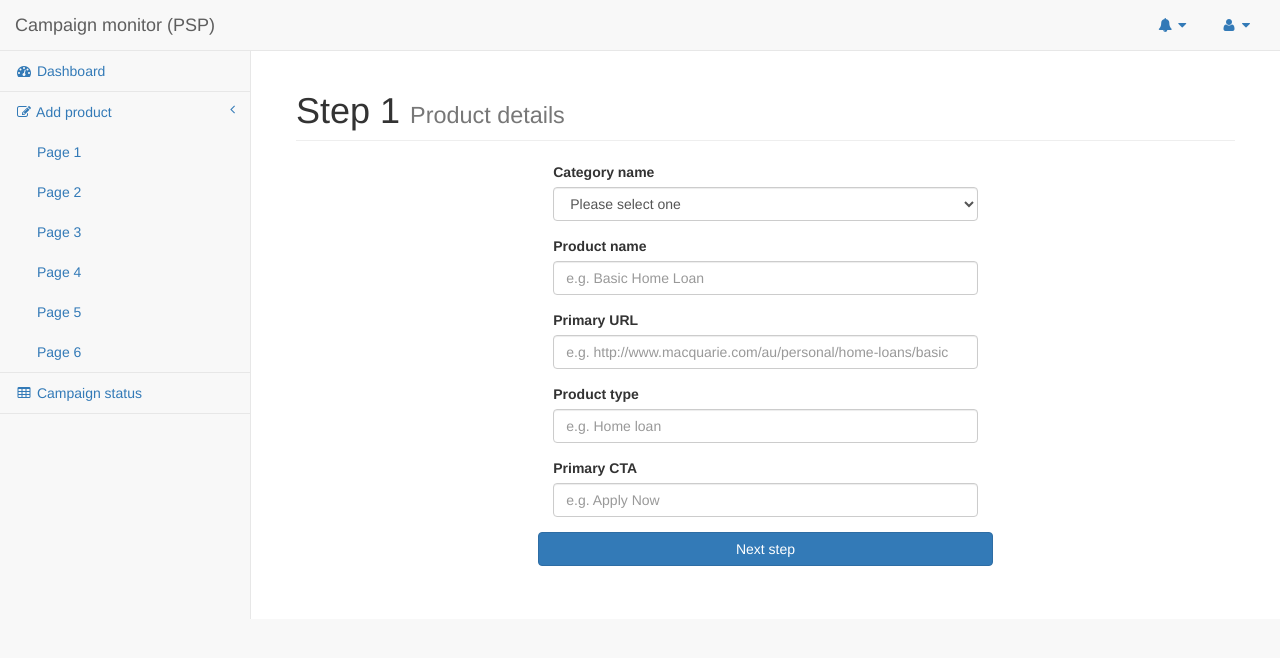
Repository: aneeshsingh/workspace
Page: http://localhost/analytics/add-product
These files come from the project's save history. The page is drawn as it stood at one moment and after the next save; the edit follows.
The browser window is 1280 px wide. The pictures show the whole page.
The page is served by Tomcat 9.

Above is the page before, as saved 2016-03-09 22:08:53.
Console error (its wording comes from the project's code and is left out).

After the next save:
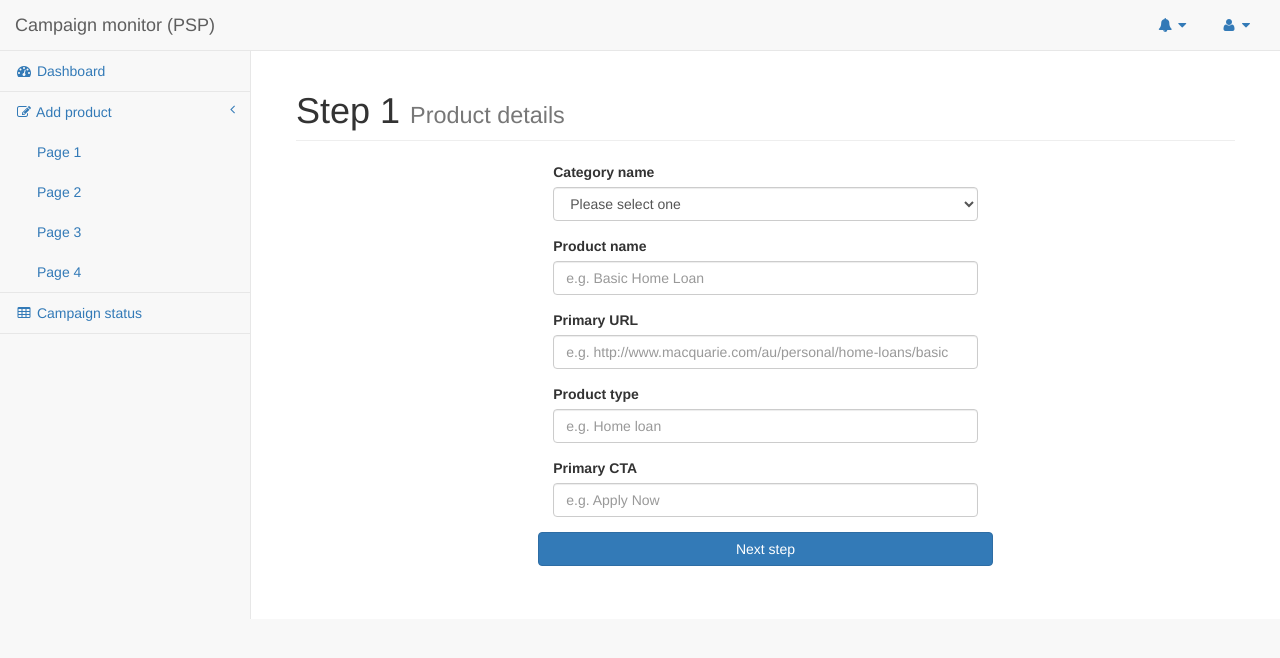
Saved 6 min 52 s later.
--- a/analytics/war/Add_Product_Page_1.jsp
+++ b/analytics/war/Add_Product_Page_1.jsp
@@ -101,8 +101,6 @@
 							<li> <a href="Add_Product_Page_2.jsp">Page 2</a> </li>
 							<li> <a href="Add_Product_Page_3.jsp">Page 3</a> </li>
 							<li> <a href="Add_Product_Page_4.jsp">Page 4</a> </li>
-							<li> <a href="Add_Product_Page_5.jsp">Page 5</a> </li>
-							<li> <a href="Add_Product_Page_6.jsp">Page 6</a> </li>
 						</ul>
 						<!-- /.nav-second-level -->
 					</li>
